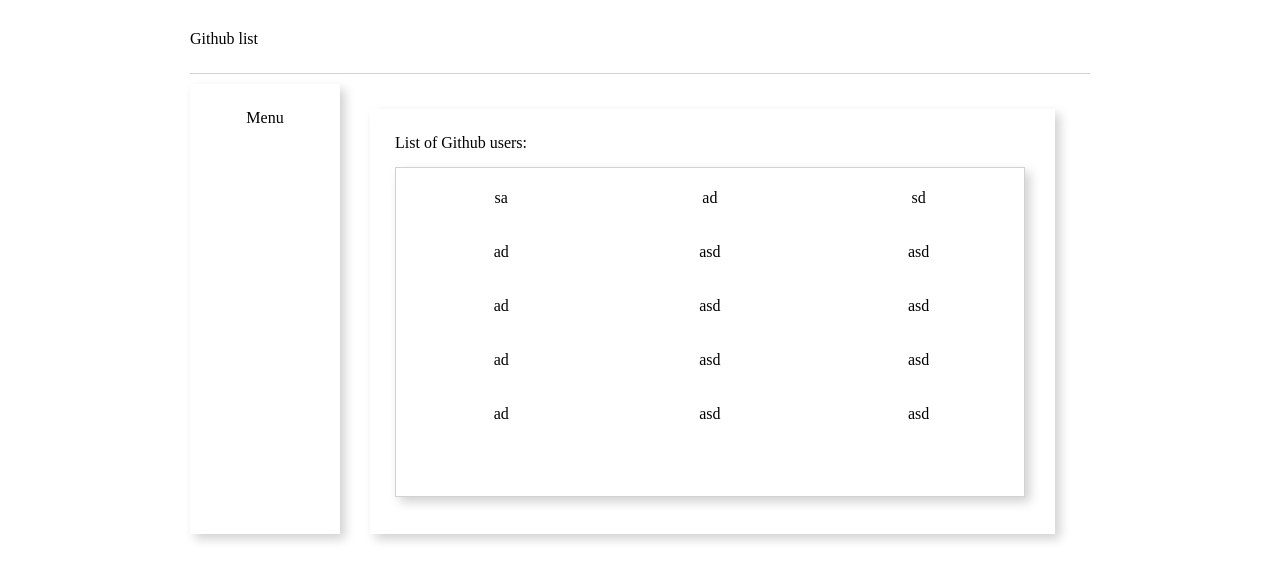
Repository: SzymonRoche/gitStars
Page: index.html
The author's editor kept a copy of each file at every save. The page is drawn from the files as they stood at one save, then again after a run of saves.
The browser window is 1280 px wide. The pictures show the whole page.

Above is the page before, as saved 2020-02-15 18:00:26.
Console error: SyntaxError: Identifier 'topLeft' has already been declared

After the next 3 saves:
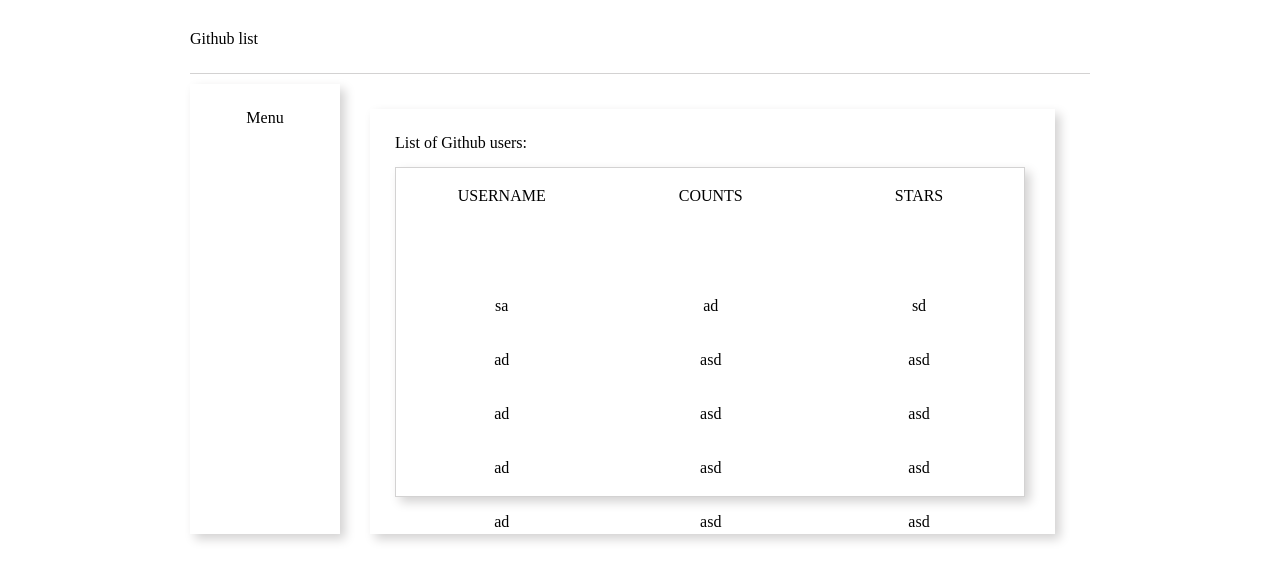
The error is gone.
The 3 saves are shown as one change because they came seconds apart.
The last was saved 6 s later.
--- a/main.js
+++ b/main.js
@@ -10,9 +10,9 @@ function CreateTabele() {
     const topMiddle = tabela.insertCell(1);
     const TopRight = tabela.insertCell(2);
 
-    const topLeft = tabela2.insertCell(0);
-    const topMiddle = tabela2.insertCell(1);
-    const TopRight = tabela2.insertCell(2);
+    const topLeft2 = tabela2.insertCell(0);
+    const topMiddle2 = tabela2.insertCell(1);
+    const TopRight2 = tabela2.insertCell(2);
 
 
 
